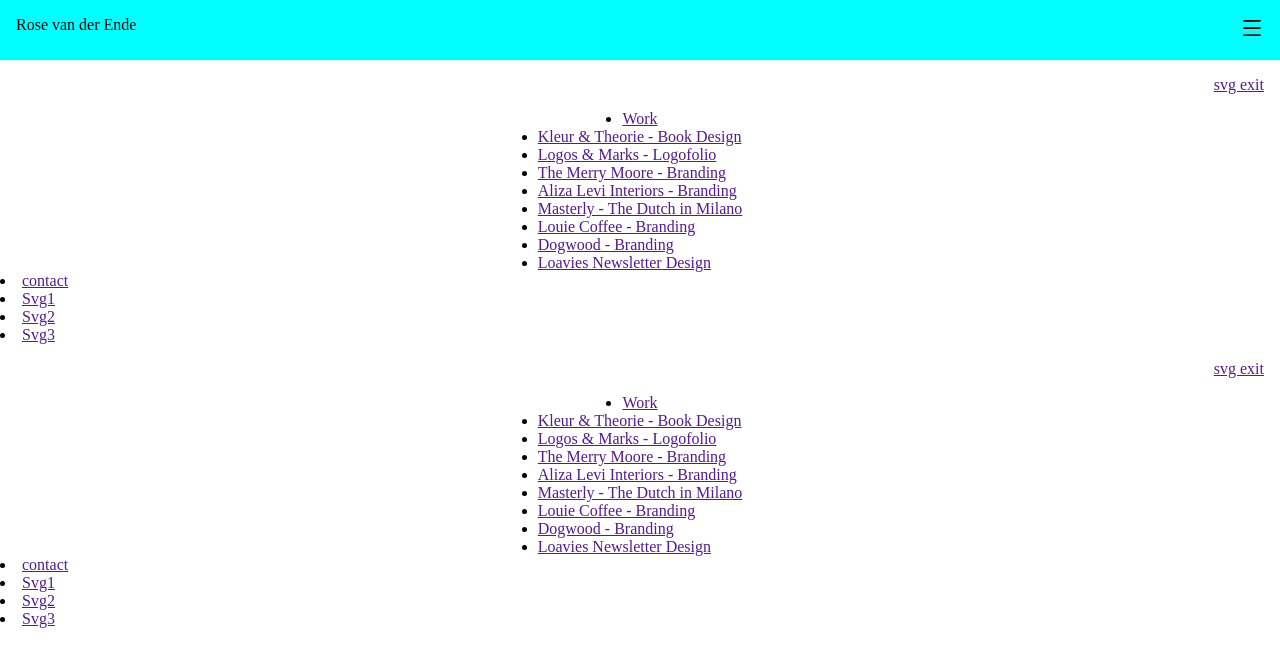
Repository: rahanwz/rose-project-daneshkar
Page: rose.html
The author's editor kept a copy of each file at every save. The page is drawn from the files as they stood at one save, then again after a run of saves.
The browser window is 1280 px wide. The pictures show the whole page.

Above is the page before, as saved 2024-02-25 12:07:18.
Console error: SyntaxError: Unexpected token '('

After the next 5 saves:
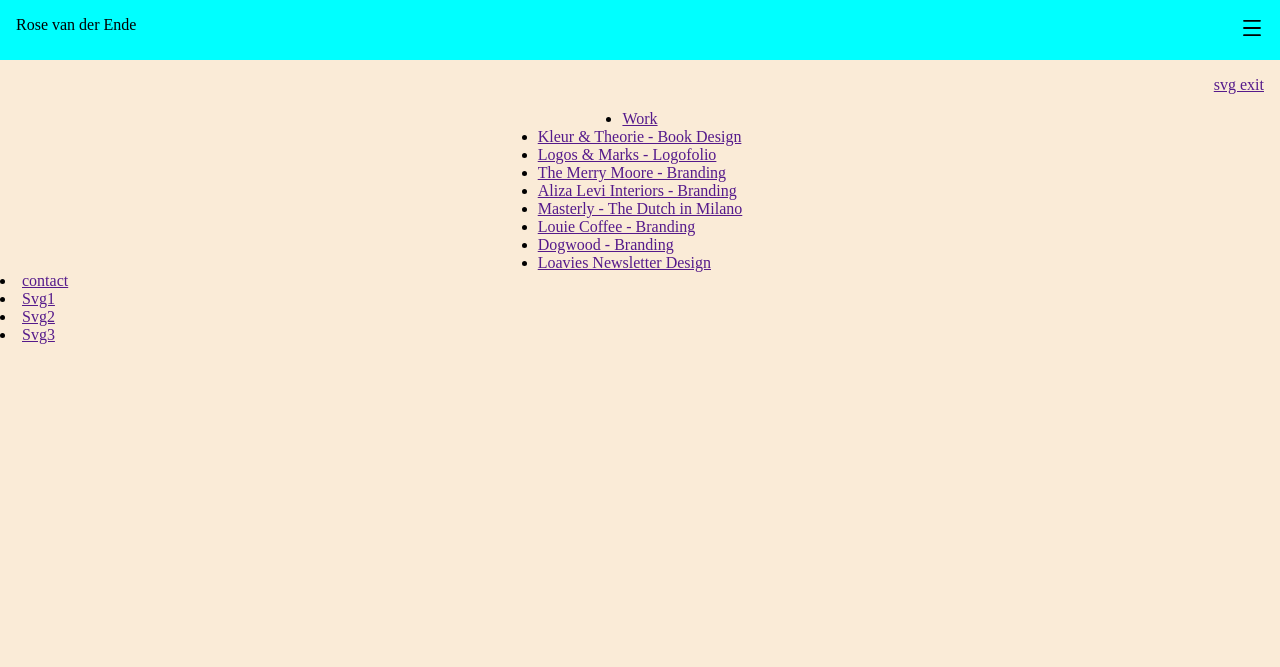
The 5 saves are shown as one change because they came seconds apart.
The last was saved 13 s later.
--- a/rose.css
+++ b/rose.css
@@ -4,7 +4,9 @@
   box-sizing: border-box;
 }
 
-menu
+.menu{
+  display: none;
+}
 
 .container {
   height: 100vh;
